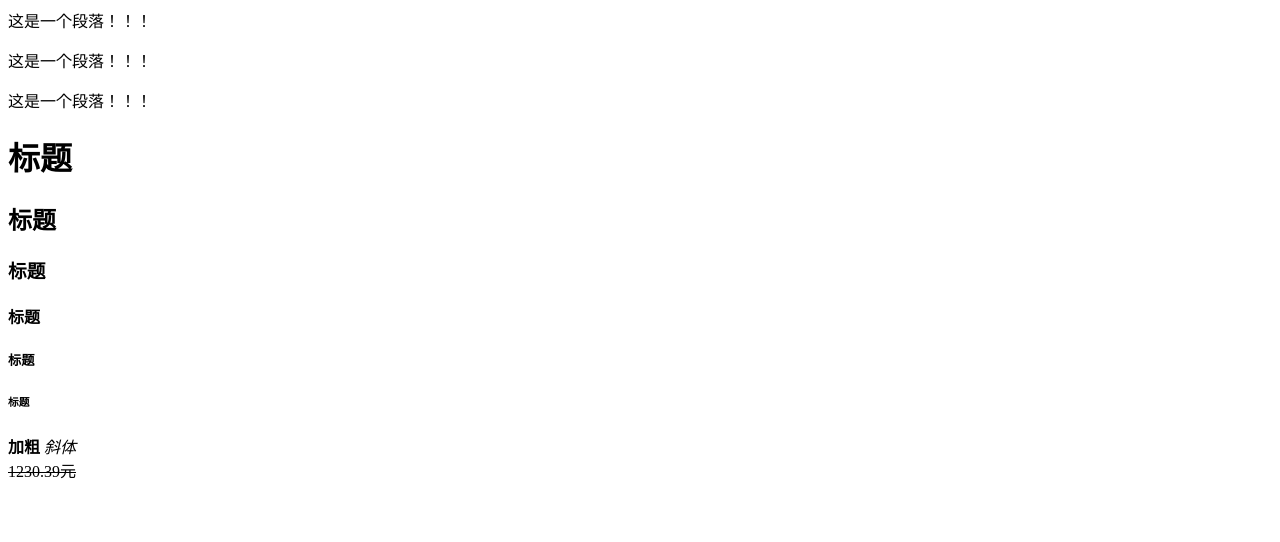
Repository: 1325718308/-
Page: js-demo/demo8.html
The author's editor kept a copy of each file at every save. The page is drawn from the files as they stood at one save, then again after the next save.
The browser window is 1280 px wide. The pictures show the whole page.

Above is the page before, as saved 2019-05-10 10:03:39.

### js-demo/demo8.html
<html lang="en"> <!--lang  告诉搜索引擎爬虫，我们的网站是关于什么内-->
    <head>
        <meta charset="utf-8">
        <title>demo8</title>
    </head>
    <body>
        <p>这是一个段落！！！</p><!--段落标签-->
        <p>这是一个段落！！！</p>
        <p>这是一个段落！！！</p>

        <h1>标题</h1> <!--标题标签-->
        <h2>标题</h2>
        <h3>标题</h3>
        <h4>标题</h4>
        <h5>标题</h5>
        <h6>标题</h6>

        <strong>加粗</strong>

        <em>斜体</em>
        <br>
        <del>1230.39元</del>
    </body>
</html>

After the next save:
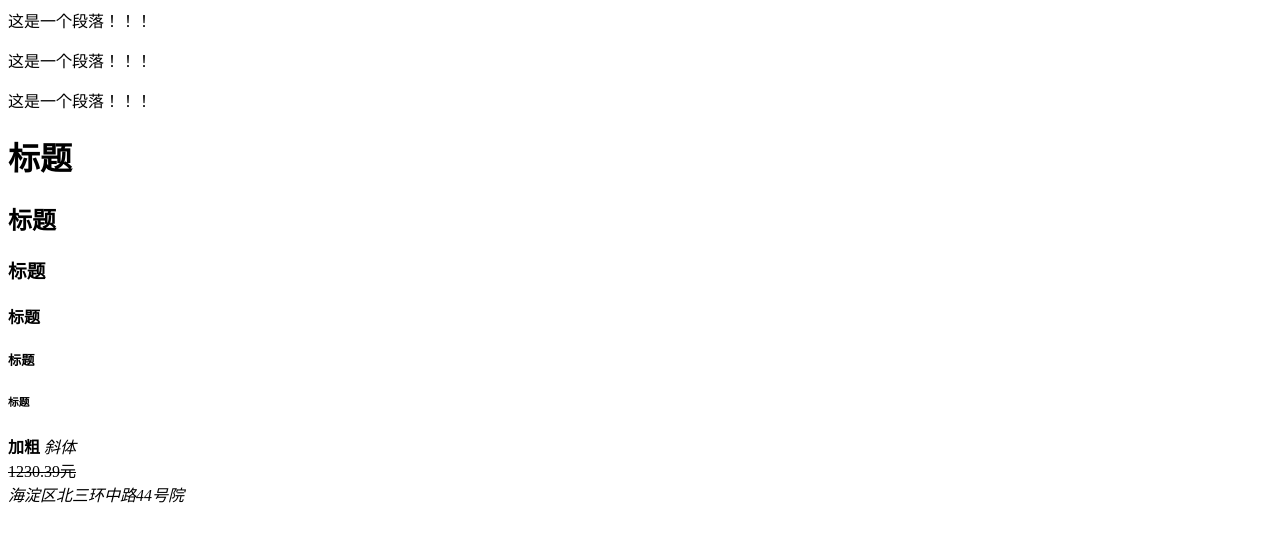
Saved 63 s later.
--- a/js-demo/demo8.html
+++ b/js-demo/demo8.html
@@ -20,5 +20,7 @@
         <em>斜体</em>
         <br>
         <del>1230.39元</del>
+
+        <address>海淀区北三环中路44号院</address>
     </body>
 </html>
